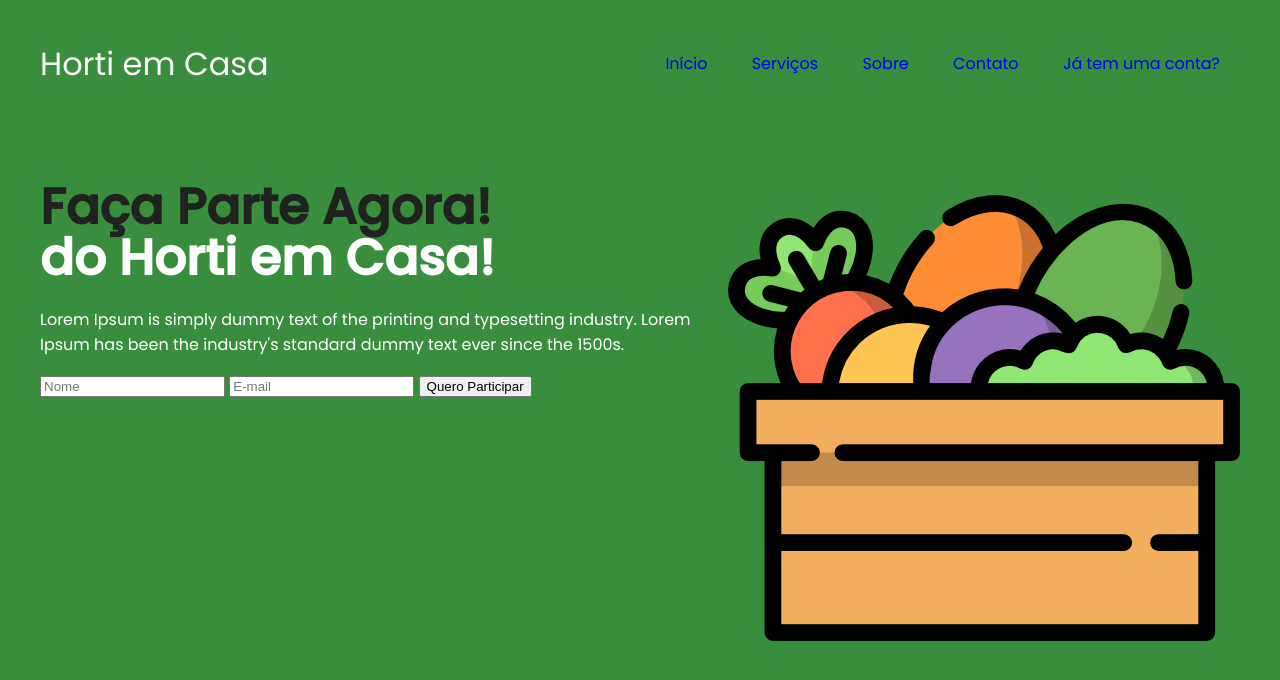
Repository: gabrielcastroo/horti-em-casa
Page: index.html
These files come from the project's save history. The page is drawn as it stood at one moment and after the next save; the edit follows.
The browser window is 1280 px wide. The pictures show the whole page.

Above is the page before, as saved 2022-04-13 10:21:37.

### index.html
<!DOCTYPE html>
<html lang="en">
<head>
    <meta charset="UTF-8">
    <meta http-equiv="X-UA-Compatible" content="IE=edge">
    <link href="styles/style.css" rel="stylesheet">
    <link href="styles/fonts.css" rel="stylesheet">
    <title>Horti em Casa</title>
</head>
<body>
    <header>
        <div>
            <h1>
                Horti em Casa
            </h1>
        </div>

        <ul>
            <a href="#"><li>Início</li></a>
            <a href="#"><li>Serviços</li></a>
            <a href="#"><li>Sobre</li></a>
            <a href="#"><li>Contato</li></a>
            <a href="#"><li>Já tem uma conta?</li></a>
        </ul>
    </header>

    <main>
        <aside>
            <h2>
                <span>
                    Faça Parte Agora!
                </span>
            </h2>
            <h2>
                do Horti em Casa!
            </h2>
            <p>
                Lorem Ipsum is simply dummy text of the printing and typesetting industry. Lorem Ipsum has been the industry's standard dummy text ever since the 1500s.
            </p>
            <form>
                <input type = "text" placeholder = "Nome">
                <input type = "email" placeholder = "E-mail">
                <input type = "submit" value = "Quero Participar">
            </form>
        </aside>

        <article>
            <img src="components/images/legumes.png" alt = "legumes">
        </article>
    </main>

</body>
</html>

### styles/style.css
body{
    /* background-color: rgba(#388E3C); */
    background-color: rgb(56, 142, 60);
    color: white;
    font-family: poppinsregular;
    max-Width: 1200px;
    margin: 0 auto;
    padding: 15px;
}

header {
    display: flex; /* disposição dos elementos*/
    flex-direction: row;
    justify-content: space-between;
    align-items: center;
}

#title {
    flex-direction: column;
    line-height: 10px;
}

li{
    display: inline-block;
    margin: 20px;
}

h1 {
    font-weight: 200;
}

h2{
    font-size: 50px;
    line-height: 10px;
    font-family: poppinsmedium;
}

main {
    display: flex; /* disposição dos elementos*/
    flex-direction: row;
    margin-top: 50px;
}

span{
    color: rgb(33, 33, 33)
}

### styles/fonts.css
@font-face {
    font-family: 'poppinsblack';
    src: url('../components/fonts/poppins-black-webfont.woff2') format('woff2'),
         url('../components/fonts/poppins-black-webfont.woff') format('woff');
    font-weight: normal;
    font-style: normal;

  }




  @font-face {
    font-family: 'poppinsbold';
    src: url('../components/fonts/poppins-bold-webfont.woff2') format('woff2'),
         url('../components/fonts/poppins-bold-webfont.woff') format('woff');
    font-weight: normal;
    font-style: normal;

  }


  @font-face {
    font-family: 'poppinslight';
    src: url('../components/fonts/poppins-light-webfont.woff2') format('woff2'),
         url('../components/fonts/poppins-light-webfont.woff') format('woff');
    font-weight: normal;
    font-style: normal;

  }


  @font-face {
    font-family: 'poppinsmedium';
    src: url('../components/fonts/poppins-medium-webfont.woff2') format('woff2'),
         url('../components/fonts/poppins-medium-webfont.woff') format('woff');
    font-weight: normal;
    font-style: normal;

  }

  @font-face {
    font-family: 'poppinsregular';
    src: url('../components/fonts/poppins-regular-webfont.woff2') format('woff2'),
         url('../components/fonts/poppins-regular-webfont.woff') format('woff');
    font-weight: normal;
    font-style: normal;

  }

  @font-face {
    font-family: 'poppinssemibold';
    src: url('../components/fonts/poppins-semibold-webfont.woff2') format('woff2'),
         url('../components/fonts/poppins-semibold-webfont.woff') format('woff');
    font-weight: normal;
    font-style: normal;

  }

After the next save:
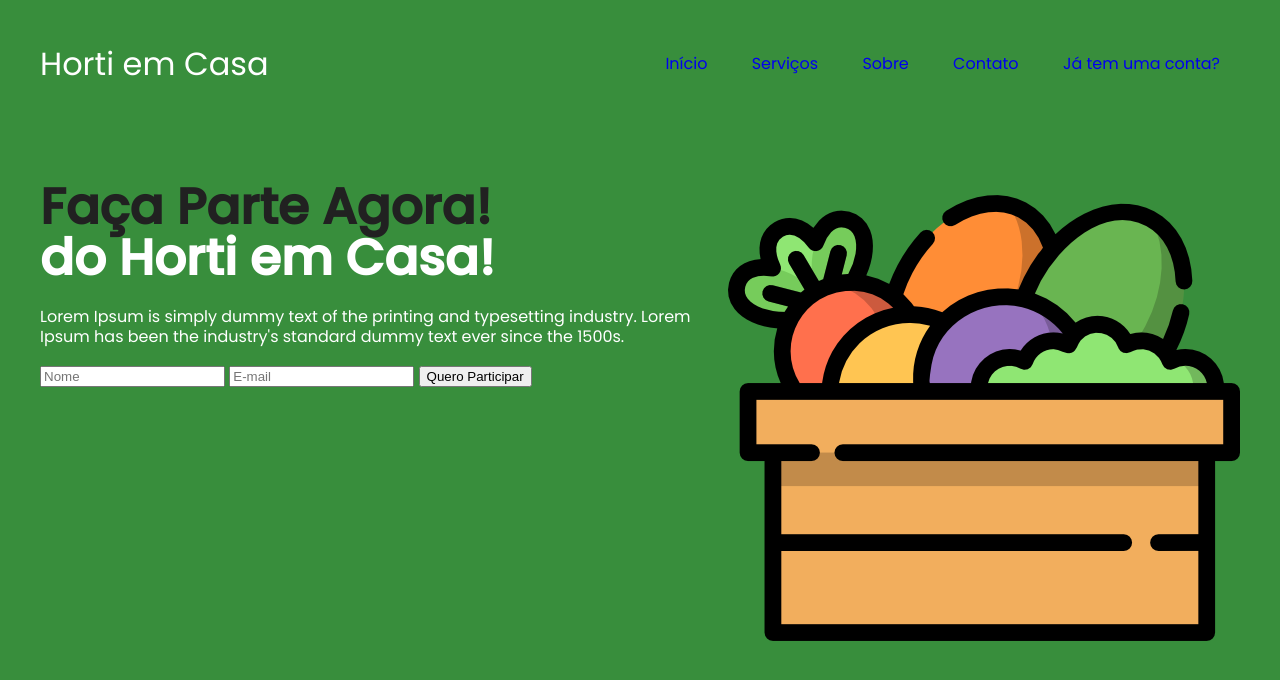
Saved 33 s later.
--- a/styles/style.css
+++ b/styles/style.css
@@ -44,3 +44,7 @@
 span{
     color: rgb(33, 33, 33)
 }
+
+p{
+    line-height: 20px;
+}
